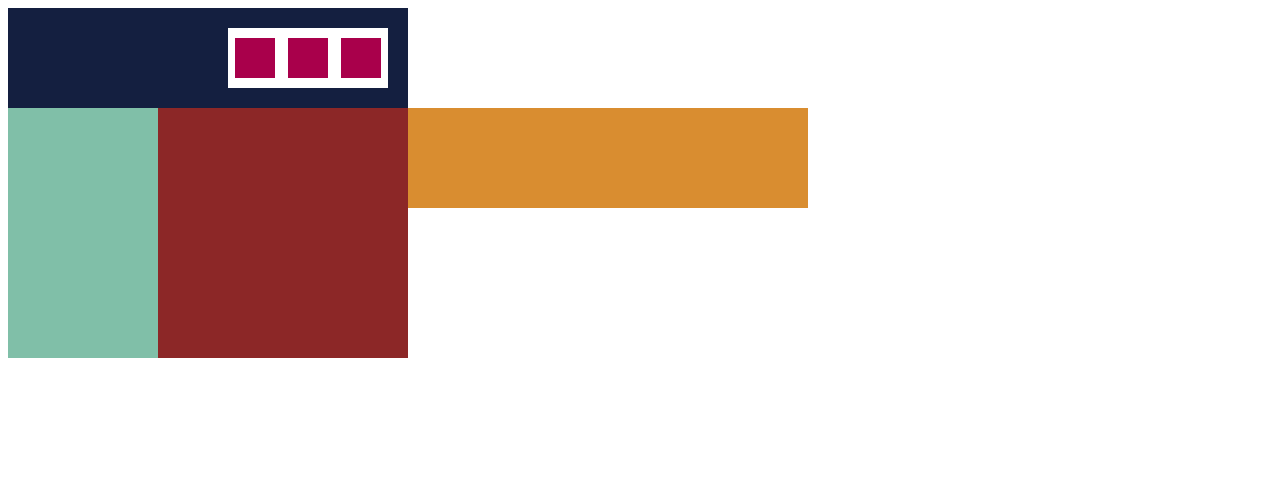
Repository: natuki-i/curriculum
Page: PHPjob/1/index.html
These files come from the project's save history. The page is drawn as it stood at one moment and after the next save; the edit follows.
The browser window is 1280 px wide. The pictures show the whole page.

Above is the page before, as saved 2022-11-26 21:11:40.

After the next save:
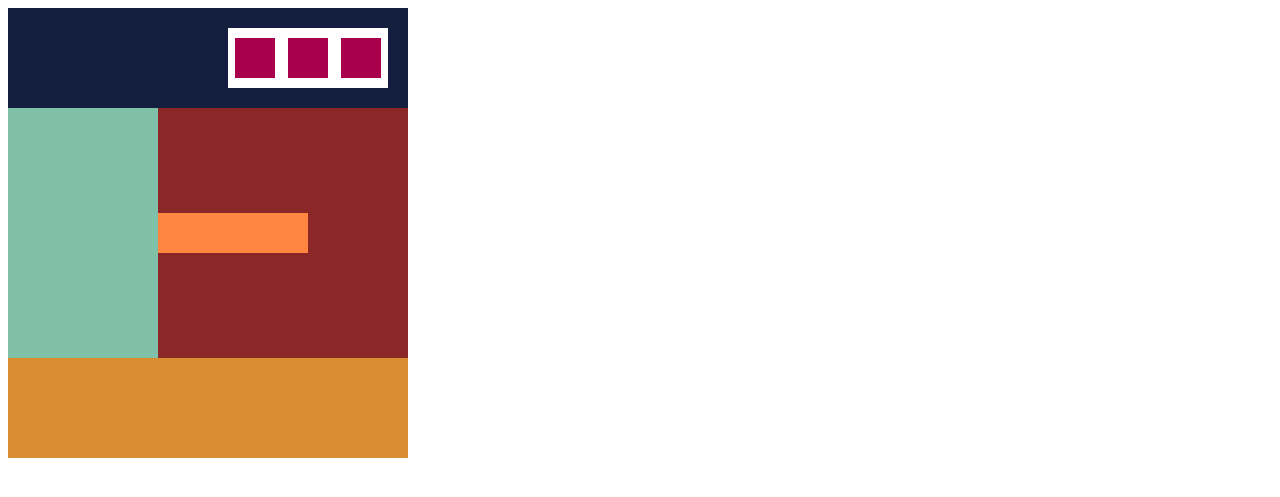
Saved 94 s later.
--- a/PHPjob/1/index.html
+++ b/PHPjob/1/index.html
@@ -18,10 +18,11 @@
     <div class="main clearfix">
         <div class="left"></div>
         <div class="right">
-            <div class="m-boxs">
-                <div class="m-box"></div>
-                <div class="m-box"></div>
-                <div class="m-box"></div>
+            <div class="mr-boxs">
+                <div class="mr-box"></div>
+                <div class="mr-box"></div>
+                <div class="mr-box"></div>
+            </div>
         </div>
     </div>
     <div class="footer"></div>
